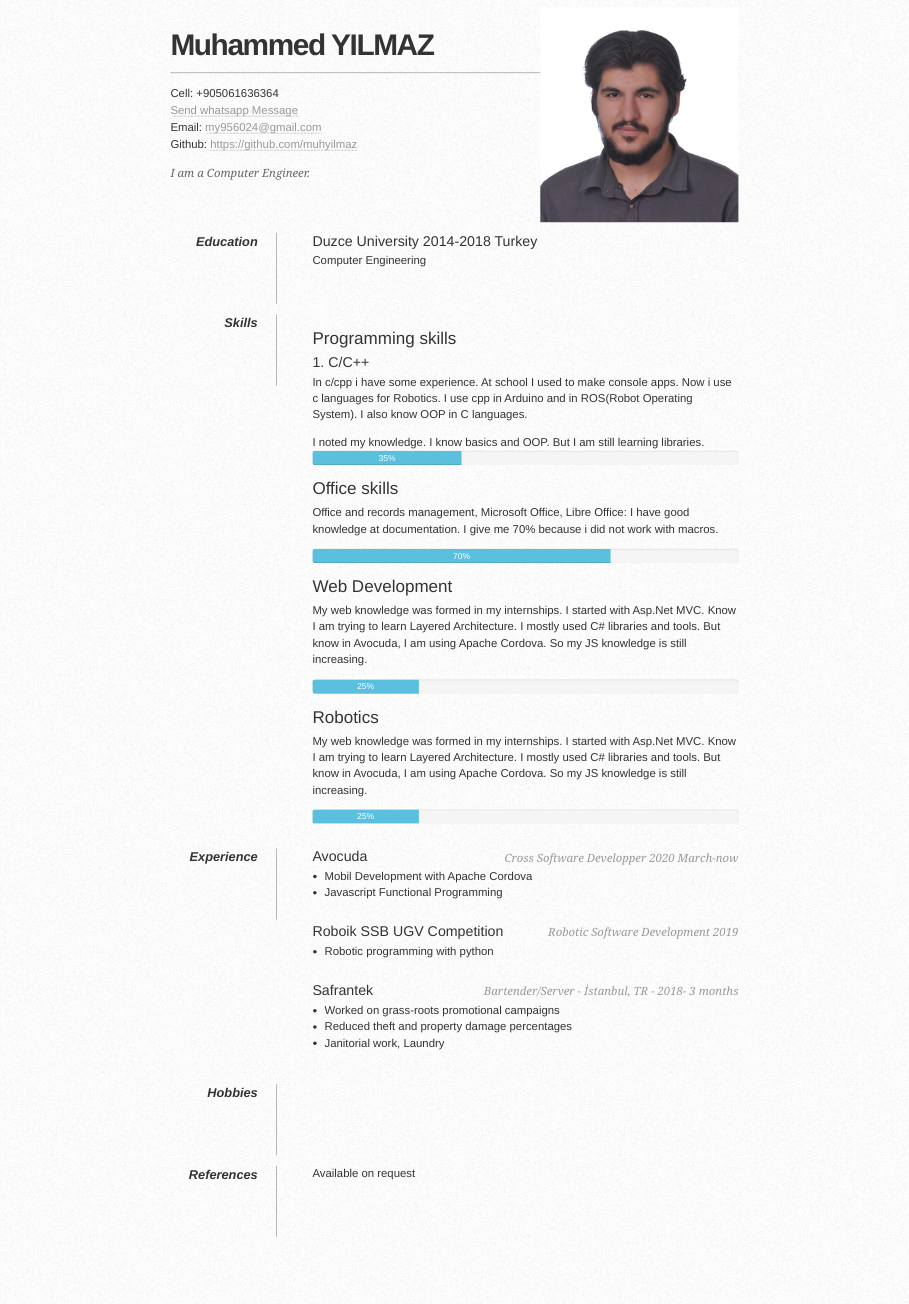
Repository: muhyilmaz/muhyilmaz.github.io
Page: index.html
These files come from the project's save history. The page is drawn as it stood at one moment and after the next save; the edit follows.
The browser window is 1280 px wide. The pictures show the whole page, at 71% of full size.

Above is the page before, as saved 2020-06-08 18:40:18.

### index.html
<!DOCTYPE html PUBLIC "-//W3C//DTD XHTML 1.0 Strict//EN"
"http://www.w3.org/TR/xhtml1/DTD/xhtml1-strict.dtd">

<html xmlns="http://www.w3.org/1999/xhtml" xml:lang="en" lang="en">

<head>

     <meta http-equiv="Content-Type" content="text/html; charset=utf-8"/>
     <meta name="viewport" content="width=device-width, initial-scale=1">
     <link rel="stylesheet" href="https://maxcdn.bootstrapcdn.com/bootstrap/3.4.1/css/bootstrap.min.css">
     <script src="https://ajax.googleapis.com/ajax/libs/jquery/3.5.1/jquery.min.js"></script>
     <script src="https://maxcdn.bootstrapcdn.com/bootstrap/3.4.1/js/bootstrap.min.js"></script>

     <title>MUHAMMED YILMAZ</title>

     <style type="text/css">
        * { margin: 0; padding: 0; }
        body { font: 16px Helvetica, Sans-Serif; line-height: 24px; background: url(images/noise.jpg); }
        .clear { clear: both; }
        #page-wrap { width: 800px; margin: 40px auto 60px; }
        #pic { float: right; margin: -30px 0 0 0; }
        h1 { margin: 0 0 16px 0; padding: 0 0 16px 0; font-size: 42px; font-weight: bold; letter-spacing: -2px; border-bottom: 1px solid #999; }
        h2 { font-size: 20px; margin: 0 0 6px 0; position: relative; }
        h2 span { position: absolute; bottom: 0; right: 0; font-style: italic; font-family: Georgia, Serif; font-size: 16px; color: #999; font-weight: normal; }
        p { margin: 0 0 16px 0; }
        a { color: #999; text-decoration: none; border-bottom: 1px dotted #999; }
        a:hover { border-bottom-style: solid; color: black; }
        ul { margin: 0 0 32px 17px; }
        #objective { width: 500px; float: left; }
        #objective p { font-family: Georgia, Serif; font-style: italic; color: #666; }
        dt { font-style: italic; font-weight: bold; font-size: 18px; text-align: right; padding: 0 26px 0 0; width: 150px; float: left; height: 100px; border-right: 1px solid #999;  }
        dd { width: 600px; float: right; }
        dd.clear { float: none; margin: 0; height: 15px; }
     </style>
</head>

<body>

    <div id="page-wrap">

        <img src="images/profileres.jpg" alt="Photo of Cthulu" id="pic" />

        <div id="contact-info" class="vcard">

            <!-- Microformats! -->

            <h1 class="fn">Muhammed YILMAZ</h1>

            <p>
                Cell: <span class="tel">+905061636364</span><br />
                <a href="https://api.whatsapp.com/send?phone=905061636364">Send whatsapp Message</a><br />
                Email: <a class="email" href="mailto:my956024@gmail.com">my956024@gmail.com</a><br />
                Github: <a href="https://github.com/muhyilmaz">https://github.com/muhyilmaz</a>
            </p>
        </div>

        <div id="objective">
            <p>
                I am a Computer Engineer.
            </p>
        </div>

        <div class="clear"></div>

        <dl>
            <dd class="clear"></dd>

            <dt>Education</dt>
            <dd>
                <h2>Duzce University 2014-2018 Turkey</h2>
                <p> Computer Engineering </br>

				</p>
            </dd>

            <dd class="clear"></dd>

            <dt>Skills</dt>
            <dd>
                <!---
				<h2>Office skills</h2>
                <p>Office and records management, database administration, event organization, customer support, travel coordination</p>

                <h2>Computer skills</h2>
                <p>Microsoft productivity software (Word, Excel, etc), Adobe Creative Suite, Windows</p>
				-->
				<h3>Programming skills</h3>
				<h2>1. C/C++</h2>
                <p>In c/cpp i have some experience. At school I used to make console apps. Now i use c languages for Robotics. I use cpp in Arduino and in ROS(Robot Operating System). I also know OOP in C languages. </p>
                I noted my knowledge. I know basics and OOP. But I am still learning libraries.
                <div class="progress">
                    <div class="progress-bar progress-bar-info" role="progressbar" aria-valuenow="60" aria-valuemin="0" aria-valuemax="100" style="width:35%">
                        35%
                    </div>
                  </div>
				<h3>Office skills</h3>
                <p>Office and records management, Microsoft Office, Libre Office: I have good knowledge at documentation. I give me 70% because i did not work with macros.</p>
                <div class="progress">
                    <div class="progress-bar progress-bar-info" role="progressbar" aria-valuenow="60" aria-valuemin="0" aria-valuemax="100" style="width:70%">
                        70%
                    </div>
                  </div>

                  <h3>Web Development</h3>
                <p>My web knowledge was formed in my internships. I started with Asp.Net MVC. Know I am trying to learn Layered Architecture. I mostly used C# libraries and tools. But know in Avocuda, I am using Apache Cordova. So my JS knowledge is still increasing. </p>
                <div class="progress">
                    <div class="progress-bar progress-bar-info" role="progressbar" aria-valuenow="60" aria-valuemin="0" aria-valuemax="100" style="width:25%">
                        25%
                    </div>
                  </div>

                  <h3>Robotics</h3>
                <p>My web knowledge was formed in my internships. I started with Asp.Net MVC. Know I am trying to learn Layered Architecture. I mostly used C# libraries and tools. But know in Avocuda, I am using Apache Cordova. So my JS knowledge is still increasing. </p>
                <div class="progress">
                    <div class="progress-bar progress-bar-info" role="progressbar" aria-valuenow="60" aria-valuemin="0" aria-valuemax="100" style="width:25%">
                        25%
                    </div>
                  </div>
			</dd>

            <dd class="clear"></dd>

            <dt>Experience</dt>
            <dd>
                <h2>Avocuda <span>Cross Software Developper 2020 March-now</span></h2>
                <ul>
                    <li> Mobil Development with Apache Cordova</li>
					<li> Javascript Functional Programming</li>

                </ul>
                <h2>Roboik SSB UGV Competition <span>Robotic Software Development 2019</span></h2>
                <ul>
                    <li>Robotic programming with python</li>

                </ul>
                <h2>Safrantek <span>Bartender/Server - İstanbul, TR - 2018- 3 months</span></h2>
                <ul>
                    <li>Worked on grass-roots promotional campaigns</li>
                    <li>Reduced theft and property damage percentages</li>
                    <li>Janitorial work, Laundry</li>
                </ul>
            </dd>

            <dd class="clear"></dd>

            <dt>Hobbies</dt>
            <dd></dd>

            <dd class="clear"></dd>

            <dt>References</dt>
            <dd>Available on request</dd>

            <dd class="clear"></dd>
        </dl>

        <div class="clear"></div>

    </div>

</body>

</html>

After the next save:
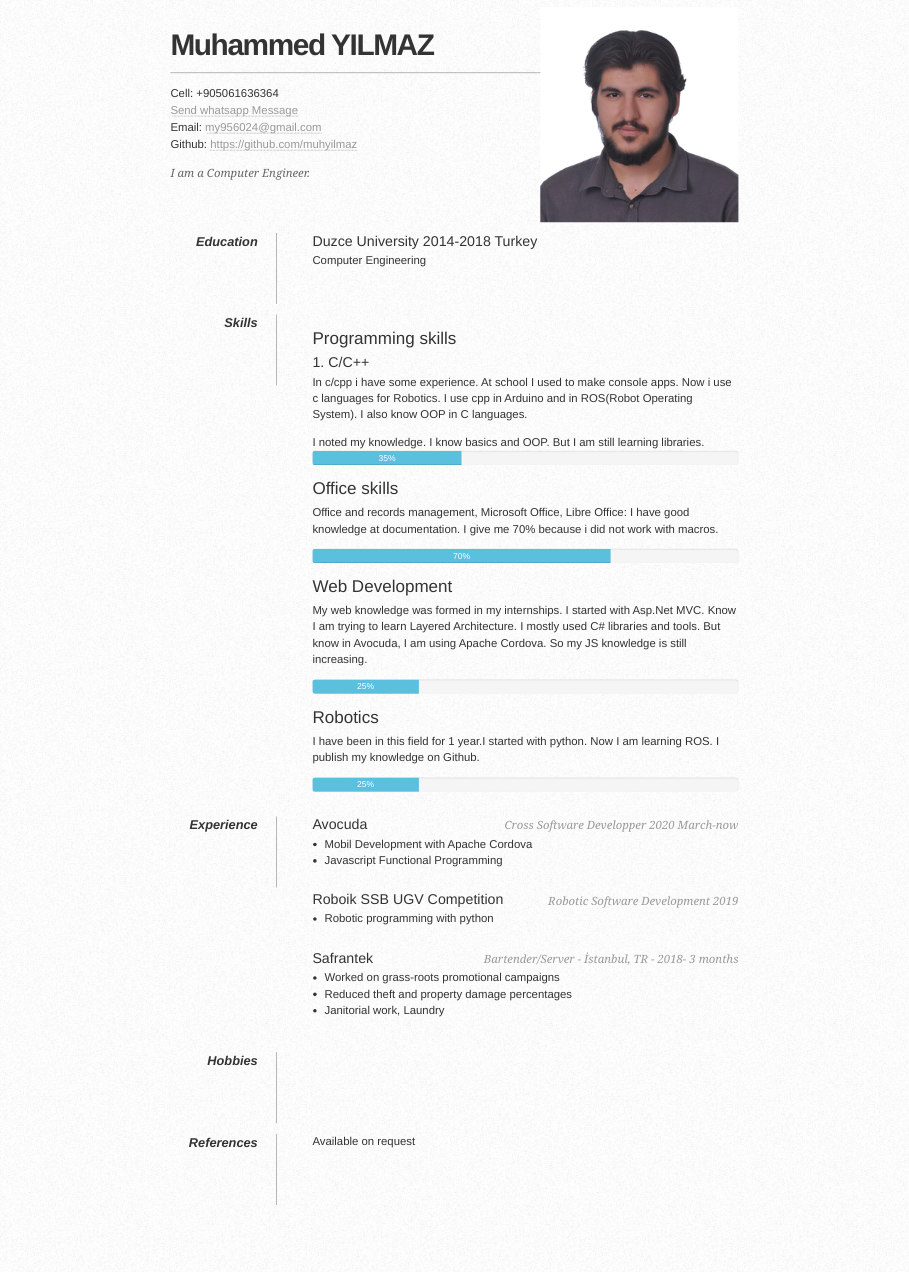
Saved 56 s later.
--- a/index.html
+++ b/index.html
@@ -110,7 +110,7 @@
                   </div>
 
                   <h3>Robotics</h3>
-                <p>My web knowledge was formed in my internships. I started with Asp.Net MVC. Know I am trying to learn Layered Architecture. I mostly used C# libraries and tools. But know in Avocuda, I am using Apache Cordova. So my JS knowledge is still increasing. </p>
+                <p>I have been in this field for 1 year.I started with python. Now I am learning ROS. I publish my knowledge on Github.  </p>
                 <div class="progress">
                     <div class="progress-bar progress-bar-info" role="progressbar" aria-valuenow="60" aria-valuemin="0" aria-valuemax="100" style="width:25%">
                         25%
